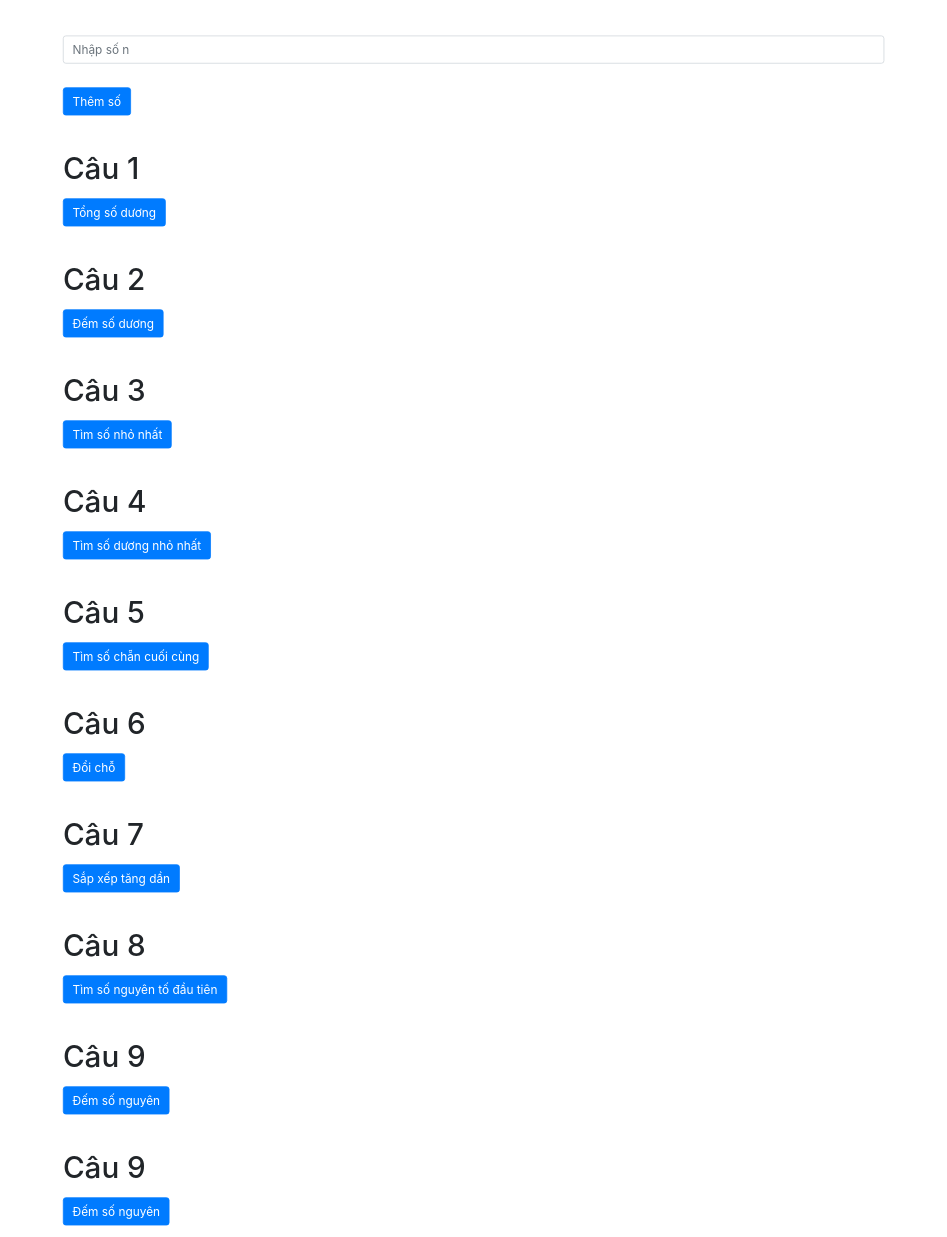
Repository: thanhfrankie/BC10-LeMinhThanh-Js-b7-8
Page: index.html
These files come from the project's save history. The page is drawn as it stood at one moment and after the next save; the edit follows.
The browser window is 1280 px wide. The pictures show the whole page, at 74% of full size.

Above is the page before, as saved 2023-12-27 23:35:40.

### index.html
<!doctype html>
<html lang="en">
  <head>
    <title>Title</title>
    <!-- Required meta tags -->
    <meta charset="utf-8">
    <meta name="viewport" content="width=device-width, initial-scale=1, shrink-to-fit=no">

    <!-- Bootstrap CSS -->
    <link rel="stylesheet" href="https://cdn.jsdelivr.net/npm/bootstrap@4.6.2/dist/css/bootstrap.min.css" integrity="sha384-xOolHFLEh07PJGoPkLv1IbcEPTNtaed2xpHsD9ESMhqIYd0nLMwNLD69Npy4HI+N" crossorigin="anonymous">

  </head>
  <body>
    <div class="container mt-4">
        <div class="form-group">
            <label for="nhap-so-n"></label>
            <input
              type="number"
              class="form-control"
              name=""
              id="nhap-so-n"
              aria-describedby="helpId"
              placeholder="Nhập số n"
              required
            />
          </div>
        <button
        type="button"
        onclick="themSo()"
        class="btn btn-primary mt-3"
        id="ket-qua-tuyen-sinh"
      >
        Thêm số
      </button>
      <!-- Câu 1 -->
      <h1 class="mt-5">Câu 1</h1>
        <p class="mt-3">
            <button class="btn btn-primary" type="button" data-toggle="collapse" data-target="#cau1" aria-expanded="false"
                    aria-controls="contentId">
                Tổng số dương
            </button>
          </p>
          <div class="collapse" id="cau1">

            <div class="btn btn-danger" onclick="tinhTong()">Tính tổng</div>
            <h2 id="tong-so-duong"></h2>
          </div>
          <!-- Câu 2 -->
          <h1 class="mt-5">Câu 2</h1>
          <p class="mt-3">
              <button class="btn btn-primary" type="button" data-toggle="collapse" data-target="#cau2" aria-expanded="false"
                      aria-controls="contentId">
                  Đếm số dương
              </button>
            </p>
            <div class="collapse" id="cau2">

              <div class="btn btn-danger" onclick="demSoDuong()">Đếm số</div>
              <h2 id="dem-so-duong"></h2>
            </div>
        <!-- Câu 3 -->
        <h1 class="mt-5">Câu 3</h1>
        <p class="mt-3">
            <button class="btn btn-primary" type="button" data-toggle="collapse" data-target="#cau3" aria-expanded="false"
                    aria-controls="contentId">
                Tìm số nhỏ nhất
            </button>
          </p>
          <div class="collapse" id="cau3">

            <div class="btn btn-danger" onclick="soNhoNhat()">Tìm số nhỏ nhất</div>
            <h2 id="so-nho-nhat"></h2>
          </div>
          <!-- Câu 4 -->
          <h1 class="mt-5">Câu 4</h1>
        <p class="mt-3">
            <button class="btn btn-primary" type="button" data-toggle="collapse" data-target="#cau4" aria-expanded="false"
                    aria-controls="contentId">
                Tìm số dương nhỏ nhất
            </button>
          </p>
          <div class="collapse" id="cau4">

            <div class="btn btn-danger" onclick="soDuongNhoNhat()">Tìm số dương nhỏ nhất</div>
            <h2 id="so-duong-nho-nhat"></h2>
          </div>
             <!-- Câu 5 -->
             <h1 class="mt-5">Câu 5</h1>
             <p class="mt-3">
                 <button class="btn btn-primary" type="button" data-toggle="collapse" data-target="#cau5" aria-expanded="false"
                         aria-controls="contentId">
                         Tìm số chẵn cuối cùng
                 </button>
               </p>
               <div class="collapse" id="cau5">

                 <div class="btn btn-danger" onclick="soChanCuoiCung()">Tìm số chẵn cuối cùng</div>
                 <h2 id="so-chan-cuoi-cung"></h2>
               </div>
             <!-- Câu 6 -->
             <h1 class="mt-5">Câu 6</h1>
             <p class="mt-3">
                 <button class="btn btn-primary" type="button" data-toggle="collapse" data-target="#cau6" aria-expanded="false"
                         aria-controls="contentId">
                         Đổi chỗ
                 </button>
               </p>
               <div class="collapse" id="cau6">
                <div class="form-group">
                    <label for="so-vi-tri-1"></label>
                    <input
                      type="number"
                      class="form-control"
                      name=""
                      id="so-vi-tri-1"
                      aria-describedby="helpId"
                      placeholder="Nhập số vị trí 1"
                      required
                    />
                    <label for="so-vi-tri-2"></label>
                    <input
                      type="number"
                      class="form-control"
                      name=""
                      id="so-vi-tri-2"
                      aria-describedby="helpId"
                      placeholder="Nhập số vị trí 2"
                      required
                    />
                  </div>
                 <div class="btn btn-danger" onclick="doiCho()">Đổi chỗ</div>
                 <h2 id="ket-qua-doi-cho"></h2>
               </div>


      <!-- Câu 7 -->
      <h1 class="mt-5">Câu 7</h1>
      <p class="mt-3">
          <button class="btn btn-primary" type="button" data-toggle="collapse" data-target="#cau7" aria-expanded="false"
                  aria-controls="contentId">
                  Sắp xếp tăng dần
                </button>
                </p>
        <div class="collapse" id="cau7">

          <div class="btn btn-danger" onclick="sapXepTangDan()"> Sắp xếp</div>
          <h2 id="sap-xep-tang-dan"></h2>
        </div>


      <!-- Câu 8 -->
      <h1 class="mt-5">Câu 8</h1>
      <p class="mt-3">
          <button class="btn btn-primary" type="button" data-toggle="collapse" data-target="#cau8" aria-expanded="false"
                  aria-controls="contentId">
                  Tìm số nguyên tố đầu tiên
                </button>
                </p>
        <div class="collapse" id="cau8">

          <div class="btn btn-danger" onclick="soNguyenToDauTien()"> Tìm số nguyên tố đầu tiên</div>
          <h2 id="so-nguyen-to-dau-tien"></h2>
        </div>
  <!-- Câu 9 -->
  <h1 class="mt-5">Câu 9</h1>
  <p class="mt-3">
      <button class="btn btn-primary" type="button" data-toggle="collapse" data-target="#cau9" aria-expanded="false"
              aria-controls="contentId">
              Đếm số nguyên
            </button>
            </p>
    <div class="collapse" id="cau9">

      <div class="btn btn-danger" onclick="demSoNguyen()"> Đếm số</div>
      <h2 id="so-nguyen"></h2>
    </div>
  <!-- Câu 10 -->
  <h1 class="mt-5">Câu 9</h1>
  <p class="mt-3">
      <button class="btn btn-primary" type="button" data-toggle="collapse" data-target="#cau9" aria-expanded="false"
              aria-controls="contentId">
              Đếm số nguyên
            </button>
            </p>
    <div class="collapse" id="cau9">

      <div class="btn btn-danger" onclick="demSoNguyen()"> Đếm số</div>
      <h2 id="so-nguyen"></h2>
    </div>






     </div>





    <!-- Optional JavaScript -->
    <!-- jQuery first, then Popper.js, then Bootstrap JS -->
    <script src="https://cdn.jsdelivr.net/npm/jquery@3.5.1/dist/jquery.slim.min.js" integrity="sha384-DfXdz2htPH0lsSSs5nCTpuj/zy4C+OGpamoFVy38MVBnE+IbbVYUew+OrCXaRkfj" crossorigin="anonymous"></script>
    <script src="https://cdn.jsdelivr.net/npm/popper.js@1.16.1/dist/umd/popper.min.js" integrity="sha384-9/reFTGAW83EW2RDu2S0VKaIzap3H66lZH81PoYlFhbGU+6BZp6G7niu735Sk7lN" crossorigin="anonymous"></script>
    <script src="https://cdn.jsdelivr.net/npm/bootstrap@4.6.2/dist/js/bootstrap.min.js" integrity="sha384-+sLIOodYLS7CIrQpBjl+C7nPvqq+FbNUBDunl/OZv93DB7Ln/533i8e/mZXLi/P+" crossorigin="anonymous"></script>

    <script src="./index.js"></script>
  </body>
</html>

### index.js
var daySo = [];
function clearInput() {
  document.getElementById("nhap-so-n").value = "";
}
function themSo() {
  var soThemVao = document.getElementById("nhap-so-n").value * 1;
  daySo.push(soThemVao);
  console.log("🥶 - daySo:", daySo);
  clearInput();
}

// câu 1: Tổng số dương
function tinhTong() {
  var tongCacSoDuong = 0;
  for (var i = 0; i < daySo.length; i++) {
    if (daySo[i] > 0) {
      tongCacSoDuong = tongCacSoDuong + daySo[i];
    }
  }
  var ketqua = document.getElementById("tong-so-duong");
  ketqua.innerHTML = `Tổng số dương: ${tongCacSoDuong}`;
}
// Câu 2: Đếm số dương trong mảng
function demSoDuong() {
  var soSoDuong = 0;
  for (var i = 0; i < daySo.length; i++) {
    if (daySo[i] > 0) {
      soSoDuong++;
    }
  }
  var ketqua = document.getElementById("dem-so-duong");
  ketqua.innerHTML = `Số dương: ${soSoDuong}`;
}
// Câu 3: Tìm số nhỏ nhất
function soNhoNhat() {
  var soNhoNhat = daySo[0];
  for (var i = 0; i < daySo.length; i++) {
    if (soNhoNhat > daySo[i]) {
      soNhoNhat = daySo[i];
    }
  }
  var ketqua = document.getElementById("so-nho-nhat");
  ketqua.innerHTML = `Số nhỏ nhất: ${soNhoNhat}`;
}
// Câu 4: Tìm số dương nhỏ nhất
function soDuongNhoNhat() {
  var daySoDuong = [];
  var soDuongNhoNhat = daySoDuong[0];

  for (var i = 0; i < daySo.length; i++) {
    if (daySo[i] > 0) {
      daySoDuong.push(daySo[i]);
    }
  }
  var soDuongNhoNhat = daySoDuong[0];
  for (var j = 0; j < daySoDuong.length; j++) {
    if (soDuongNhoNhat > daySoDuong[j]) {
      soDuongNhoNhat = daySoDuong[j];
    }
  }
  var ketqua = document.getElementById("so-duong-nho-nhat");

  if (daySoDuong !== null) {
    ketqua.innerHTML = `Không có số dương nào trong mảng`;
  } else {
    ketqua.innerHTML = `Số dương nhỏ nhất: ${soDuongNhoNhat}`;
  }
}
// Câu 5: Tìm số chẵn cuối cùng
function soChanCuoiCung() {
  var soChanCuoiCung = 0;
  for (var i = 0; i < daySo.length; i++) {
    if (daySo[i] % 2 == 0) {
      soChanCuoiCung = daySo[i];
    }
  }
  var ketqua = document.getElementById("so-chan-cuoi-cung");
  ketqua.innerHTML = `Tổng số dương: ${soChanCuoiCung}`;
}
// Câu 6: Đổi chỗ
function doiCho() {
  var viTriSo1 = document.getElementById("so-vi-tri-1").value * 1;
  var viTriSo2 = document.getElementById("so-vi-tri-2").value * 1;
  var bienTam = 0;
  bienTam = daySo[viTriSo2];
  daySo[viTriSo2] = daySo[viTriSo1];
  daySo[viTriSo1] = bienTam;

  var ketqua = document.getElementById("ket-qua-doi-cho");
  ketqua.innerHTML = `Mảng sau khi đổi: ${daySo}`;
}

// Câu 7: Sắp xếp tăng dần
function sapXepTangDan() {
  daySo.sort();

  var ketqua = document.getElementById("sap-xep-tang-dan");
  ketqua.innerHTML = `Mảng sau khi đổi: ${daySo}`;
}
// Câu 8: Tìm số nguyên tố đầu tiên
function laSoNguyenTo(num) {
  if (num <= 1) {
    return false;
  }

  // Lặp từ 2 đến căn bậc hai của num để kiểm tra số nguyên tố
  for (var i = 2; i <= Math.sqrt(num); i++) {
    if (num % i === 0) {
      return false; // Nếu chia hết cho i, không phải số nguyên tố
    }
  }

  return true; // Nếu không chia hết cho bất kỳ số nào, là số nguyên tố
}

function soNguyenToDauTien() {
    var soNguyenToDauTien =  null;
  var ketqua = document.getElementById("so-nguyen-to-dau-tien");

  for (var i = 0; i < daySo.length; i++) {
    if (laSoNguyenTo(daySo[i])) {
        soNguyenToDauTien =daySo[i] ;
      break;
      }
    }


    if(laSoNguyenTo(soNguyenToDauTien) !== null) {
        ketqua.innerHTML = `Số nguyên tố đầu tiên: ${soNguyenToDauTien}`;
    } else {

        ketqua.innerHTML = `Không có số nguyên tố nào`;
    }

}
// Câu 9: Đếm số nguyên
function demSoNguyen() {
    var mangSoNguyen = []
    for (var i = 0; i < daySo.length; i++) {
        if (Number.isInteger(daySo[i])) {
            mangSoNguyen.push(daySo[i])
        }
    }
    var ketqua = document.getElementById("so-nguyen");
    ketqua.innerHTML = `Số số nguyên: ${mangSoNguyen.length}`;
}
// Câu 10: So sánh số lượng sô âm và số dương

After the next save:
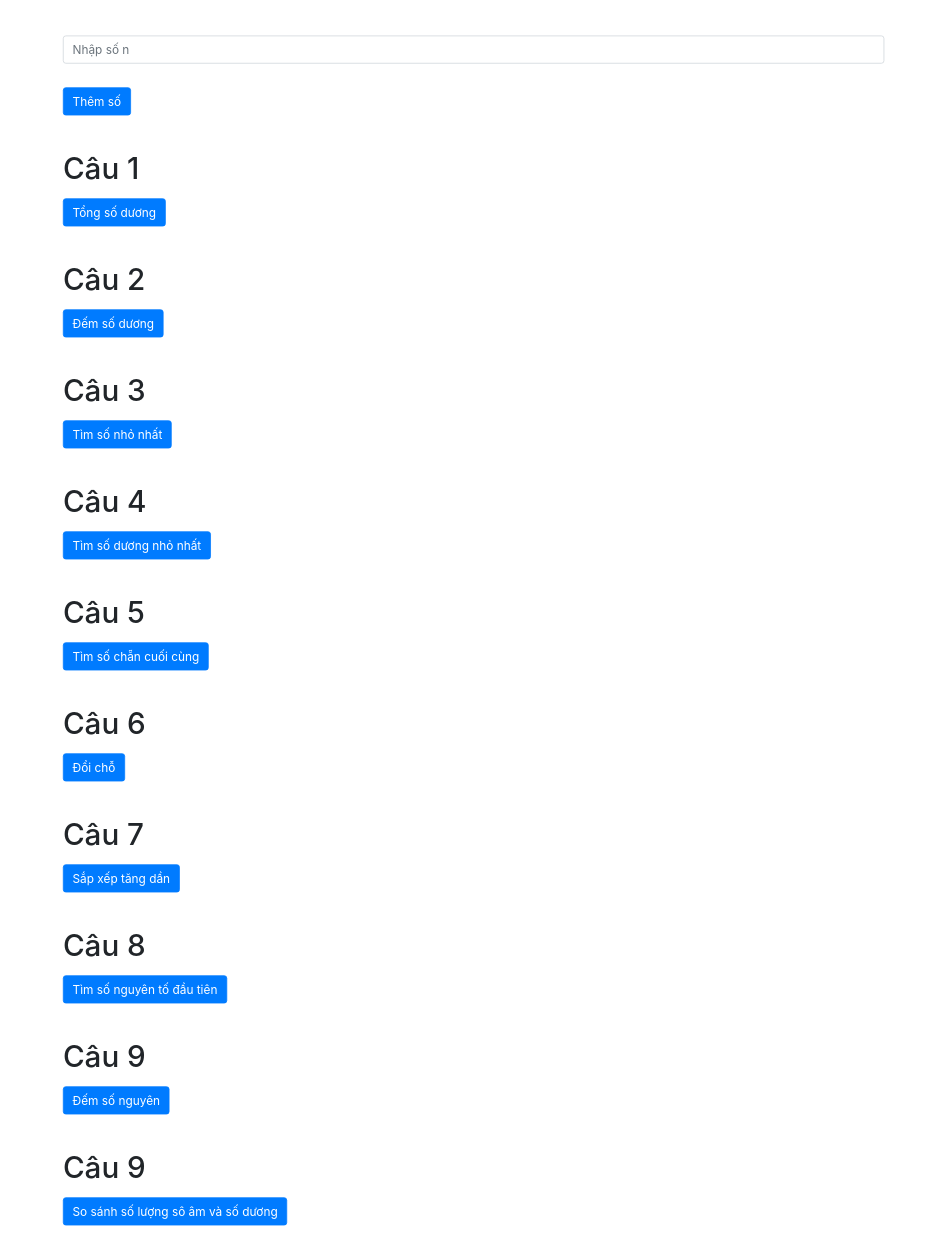
Saved 24 s later.
--- a/index.html
+++ b/index.html
@@ -179,7 +179,7 @@
   <p class="mt-3">
       <button class="btn btn-primary" type="button" data-toggle="collapse" data-target="#cau9" aria-expanded="false"
               aria-controls="contentId">
-              Đếm số nguyên
+              So sánh số lượng sô âm và số dương
             </button>
             </p>
     <div class="collapse" id="cau9">
